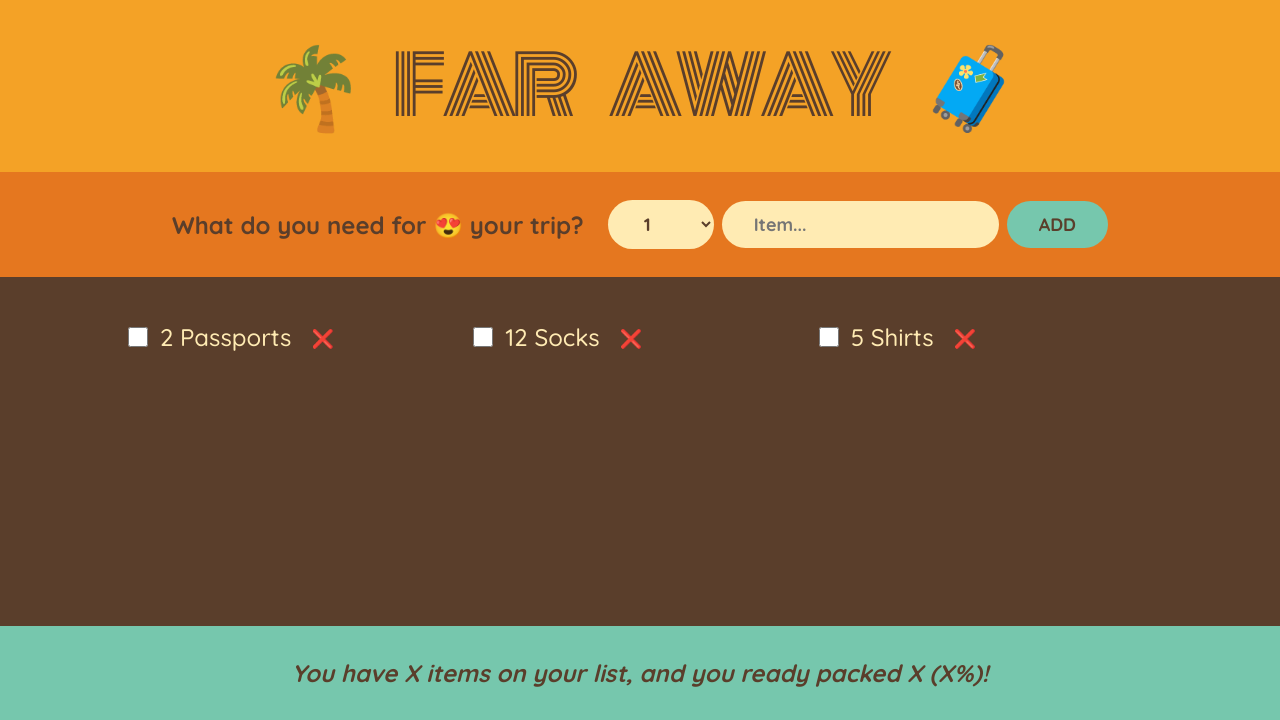
Repository: Wanter56/Travel-List
Page: /
These files come from the project's save history. The page is drawn as it stood at one moment and after the next save; the edit follows.
The browser window is 1280 px wide. The pictures show the whole page.
The project was rebuilt for these pictures with package versions that can differ from the ones it lists, and the page was loaded fresh each time.

Above is the page before, as saved 2025-11-04 09:41:43.

### public/index.html
<!DOCTYPE html>
<html lang="en">

<head>
  <meta charset="utf-8" />
  <link rel="icon" href="%PUBLIC_URL%/favicon.ico" />
  <meta name="viewport" content="width=device-width, initial-scale=1" />
  <meta name="theme-color" content="#000000" />
  <meta name="description" content="Web site created using create-react-app" />
  <link rel="apple-touch-icon" href="%PUBLIC_URL%/logo192.png" />
  <!--
      manifest.json provides metadata used when your web app is installed on a
      user's mobile device or desktop. See https://developers.google.com/web/fundamentals/web-app-manifest/
    -->
  <link rel="manifest" href="%PUBLIC_URL%/manifest.json" />
  <!--
      Notice the use of %PUBLIC_URL% in the tags above.
      It will be replaced with the URL of the `public` folder during the build.
      Only files inside the `public` folder can be referenced from the HTML.

      Unlike "/favicon.ico" or "favicon.ico", "%PUBLIC_URL%/favicon.ico" will
      work correctly both with client-side routing and a non-root public URL.
      Learn how to configure a non-root public URL by running `npm run build`.
    -->
  <title>Travel-List</title>
</head>

<body>
  <noscript>You need to enable JavaScript to run this app.</noscript>
  <div id="root"></div>
  <!--
      This HTML file is a template.
      If you open it directly in the browser, you will see an empty page.

      You can add webfonts, meta tags, or analytics to this file.
      The build step will place the bundled scripts into the <body> tag.

      To begin the development, run `npm start` or `yarn start`.
      To create a production bundle, use `npm run build` or `yarn build`.
    -->
</body>

</html>

### src/App.js
import { useState } from "react";

const initialItems = [
  { id: 1, description: "Passports", quantity: 2, packed: false },
  { id: 2, description: "Socks", quantity: 12, packed: false },
  { id: 3, description: "Shirts", quantity: 5, packed: false },
];
export default function App() {
  return (
    <div className="app">
      <Logo />
      <Form />
      <PackingList />
      <Stats />
    </div>
  );
}
function Logo() {
  return <h1>🌴 Far Away 🧳</h1>;
}
function Form() {
  const [description, setDescription] = useState("");
  const [quantity, setQuantity] = useState(1);
  const newItem = { description, quantity, packed: false, id: Date.now() };
  function handleSubmit(e) {
    if (!description) return;
    e.preventDefault();
    console.log(newItem);
    setDescription("");
    setQuantity(1);
  }
  return (
    <form className="add-form" onSubmit={handleSubmit}>
      <h3>What do you need for 😍 your trip?</h3>
      <select value={quantity} onChange={(e) => setQuantity(Number(e.target.value))}>
        {Array.from({ length: 20 }, (_, i) => i + 1).map((num) => (
          <option value={num} key={num}>
            {num}
          </option>
        ))}
      </select>
      <input type="text" placeholder="Item..." value={description} onChange={(e) => setDescription(e.target.value)} />
      <button>Add</button>
    </form>
  );
}
function PackingList() {
  return (
    <div className="list">
      <ul>
        {initialItems.map((item) => (
          <li key={item.id}>
            <input type="checkbox" />
            <span style={{ textDecoration: item.packed ? "line-through" : "none" }}>
              {item.quantity} {item.description}
            </span>
            <button>❌</button>
          </li>
        ))}
      </ul>
    </div>
  );
}
function Stats() {
  return (
    <footer className="stats">
      <em>You have X items on your list, and you ready packed X (X%)!</em>
    </footer>
  );
}

Loaded but not shown: src/index.js (common file); src/index.css (common file)

After the next save:
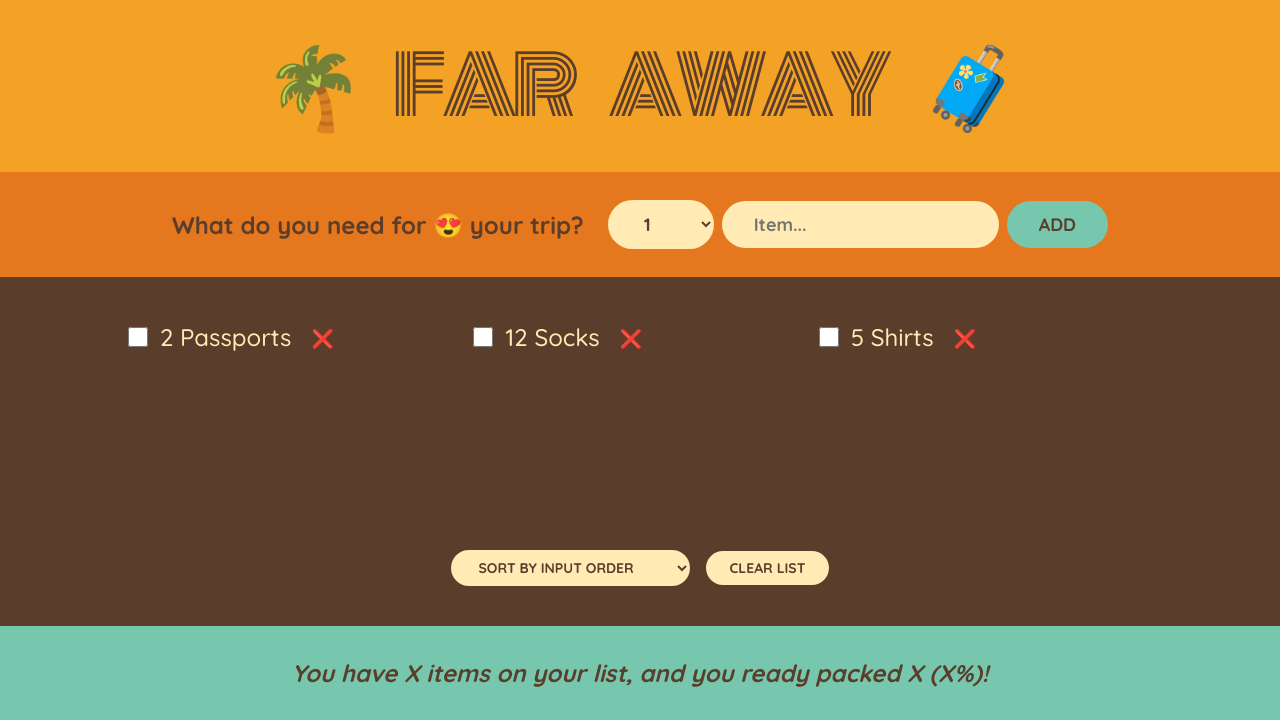
Saved 9 min 0 s later.
--- a/src/App.js
+++ b/src/App.js
@@ -58,6 +58,14 @@
           </li>
         ))}
       </ul>
+      <div className="actions">
+        <select>
+          <option value="input">Sort by input order</option>
+          <option value="description">Sort by description</option>
+          <option value="packed">Sort by packed status</option>
+        </select>
+        <button>Clear list</button>
+      </div>
     </div>
   );
 }
